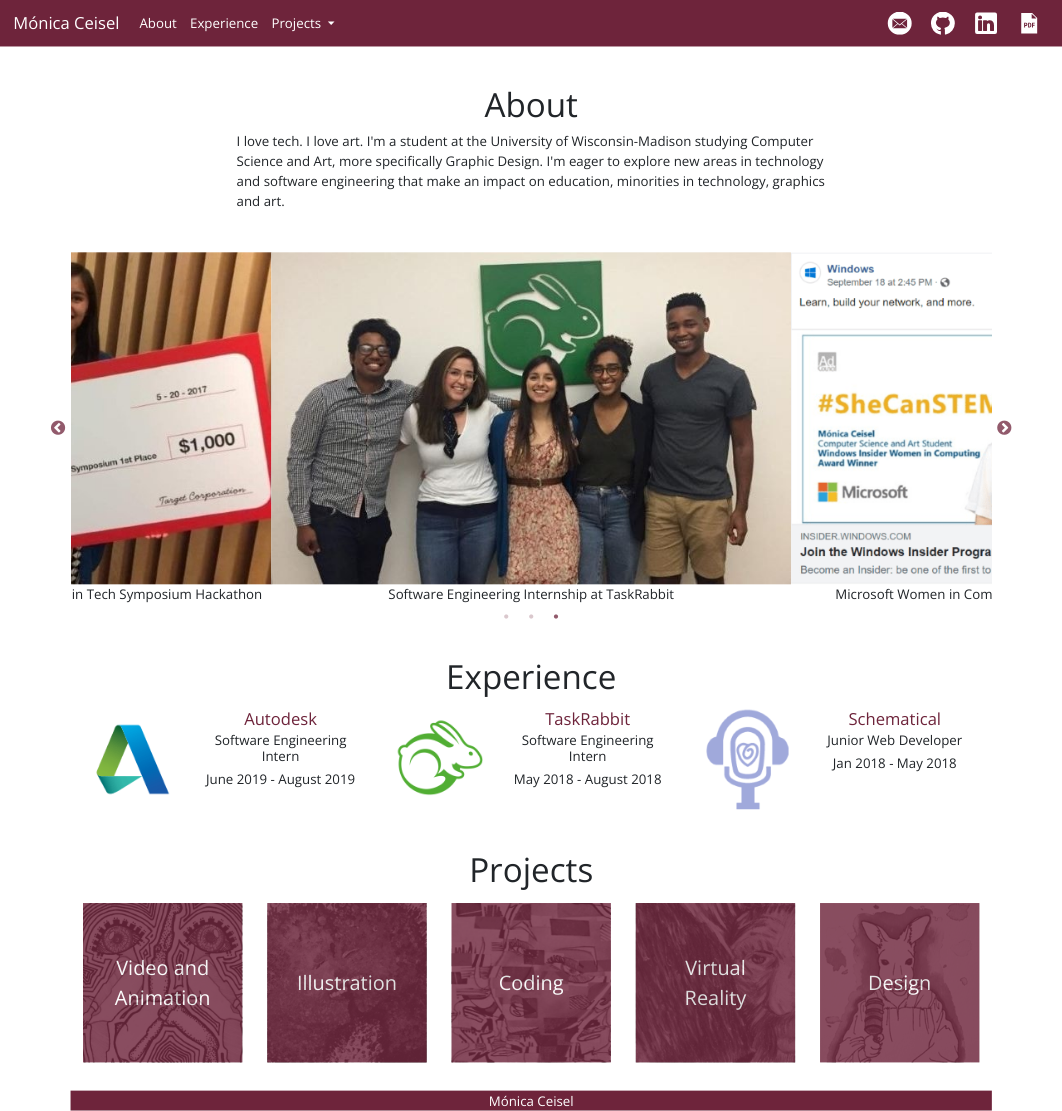
Repository: ceiselm/ceiselm.github.io
Page: index.html
These files come from the project's save history. The page is drawn as it stood at one moment and after the next save; the edit follows.
The browser window is 1280 px wide. The pictures show the whole page, at 83% of full size.

Above is the page before, as saved 2019-07-12 06:25:54.

After the next save:
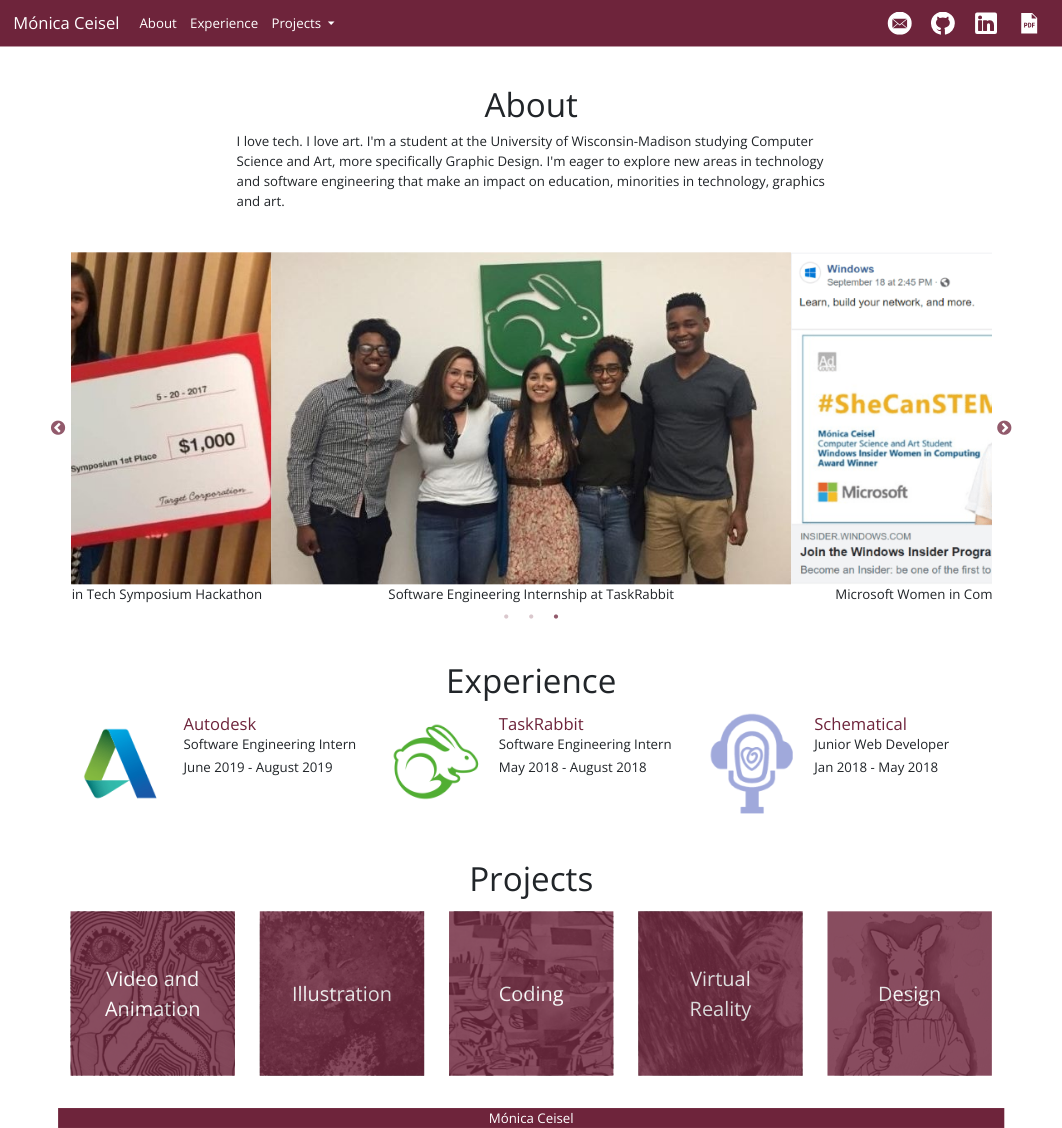
Saved 3 min 6 s later.
--- a/index.html
+++ b/index.html
@@ -100,6 +100,12 @@
                     Engineering Internship at TaskRabbit</div>
                 </div>
               </div>
+            </div>
+          </div>
+        </div>
+      </div>
+    </section>
+  </div>
               <!-- <hr> -->
               <div class="portion">
                 <section>
